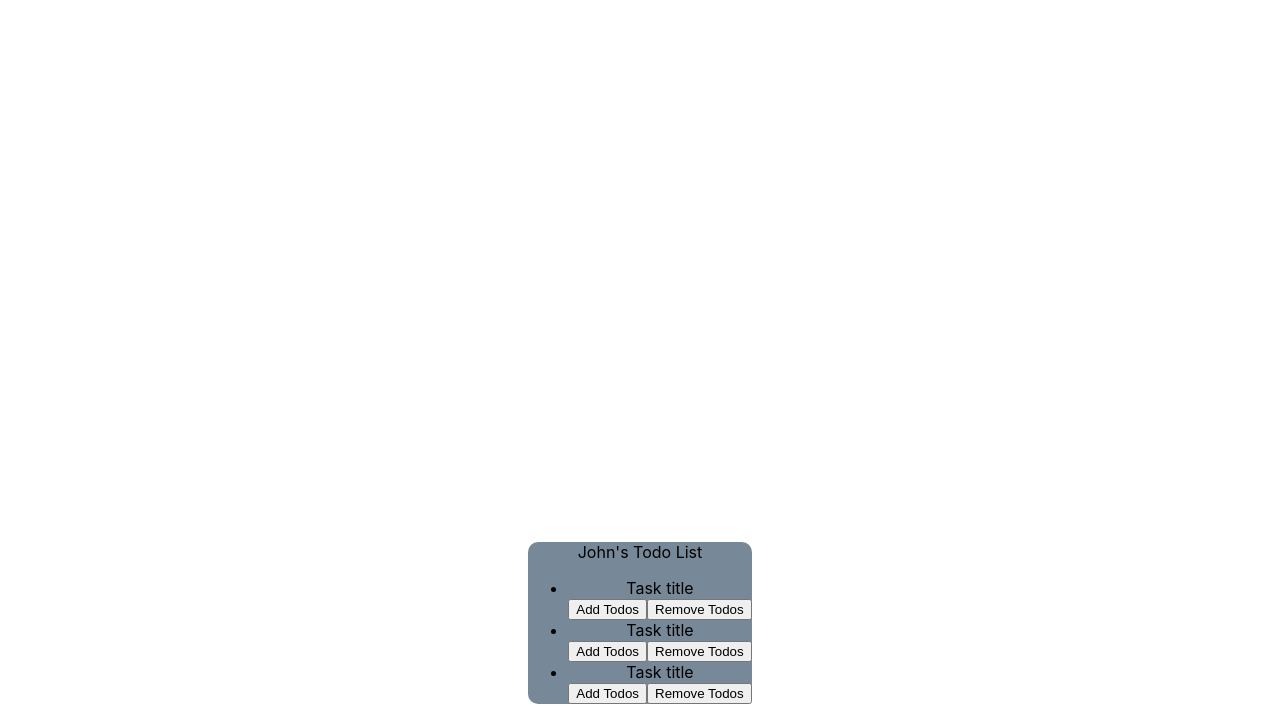
Repository: JohnKang0720/Simple-Todo-List
Page: /
These files come from the project's save history. The page is drawn as it stood at one moment and after the next save; the edit follows.
The browser window is 1280 px wide. The pictures show the whole page.
The project was rebuilt for these pictures with package versions that can differ from the ones it lists, and the page was loaded fresh each time.

Above is the page before, as saved 2021-05-24 21:01:18.

### src/App.js
import logo from './logo.svg';
import './App.css';
import TodoList from './TodoList'
import {taskContext} from './TodoList'
import React, {useContext, useState} from 'react'
import Todoform from './Todoform';


function App() {

  return (
    <TodoList >

    <div className="App">
     John's Todo List
   <Todoform />
    </div>
    </TodoList>

  );
}

export default App;

### src/App.css
.App {
  text-align: center;
}

.App-logo {
  height: 40vmin;
  pointer-events: none;
}

@media (prefers-reduced-motion: no-preference) {
  .App-logo {
    animation: App-logo-spin infinite 20s linear;
  }
}

.App-header {
  background-color: #282c34;
  min-height: 100vh;
  display: flex;
  flex-direction: column;
  align-items: center;
  justify-content: center;
  font-size: calc(10px + 2vmin);
  color: white;
}

.App-link {
  color: #61dafb;
}
body,html{
  width: 100%;
  height: 100%;
  display: flex;
  align-items:flex-end;
  justify-content: center;
}
.App{
  background: lightslategray;
  width: 100%;
  height: 100%;
  position: relative;
  border-radius: 10px;
  box-shadow:black;

}

@keyframes App-logo-spin {
  from {
    transform: rotate(0deg);
  }
  to {
    transform: rotate(360deg);
  }
}

### src/TodoList.js
import React, {useState, createContext} from 'react'
import Todoform from './Todoform'

export const taskContext = createContext(null)
const TodoList = (props) => {

 const [input, setInput] = useState([
  {task: "Read", id: 1},
  {task: "Dishes", id: 2},
  {task: "HW", id: 3}
 ])

 return(
    <taskContext.Provider value = {{input}}>
    {props.children}
    </taskContext.Provider>
 )
}

export default TodoList

### src/Todoform.js
import React, {useContext} from 'react'
import {taskContext} from './TodoList'
import List from './List'
function Todoform() {
    const {input} = useContext(taskContext)
    return (

        <ul>
            {input.map((task) => {
            return (
            <List/>
            )
            })}
        </ul>

    )
}

export default Todoform

### src/List.js
import React from 'react'

function List() {
    return (
        <li>
            <span> Task title</span>
            <div>
                <button> Add Todos </button>
                <button> Remove Todos </button>
            </div>
        </li>

    )
}

export default List

Loaded but not shown: public/index.html (common file); src/index.js (common file); src/index.css (common file); src/reportWebVitals.js (common file)

After the next save:
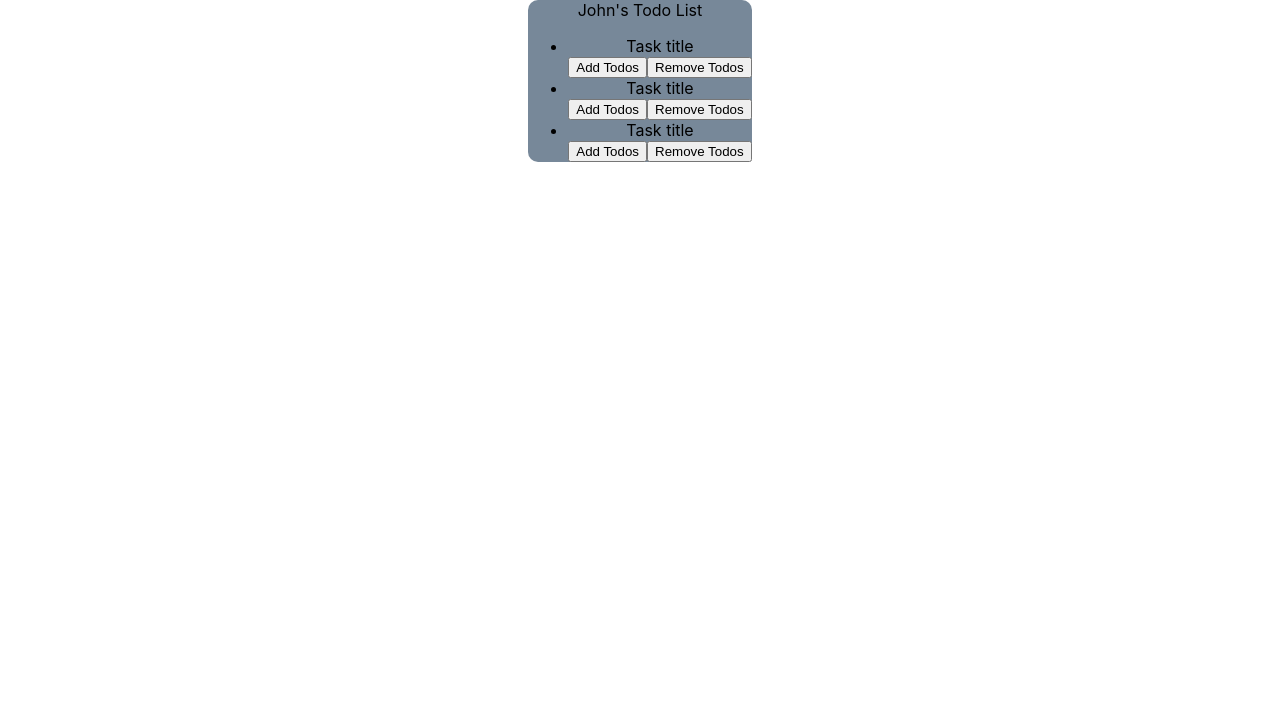
Saved 5 s later.
--- a/src/App.css
+++ b/src/App.css
@@ -31,7 +31,7 @@ body,html{
   width: 100%;
   height: 100%;
   display: flex;
-  align-items:flex-end;
+  align-items:flex-start;
   justify-content: center;
 }
 .App{
